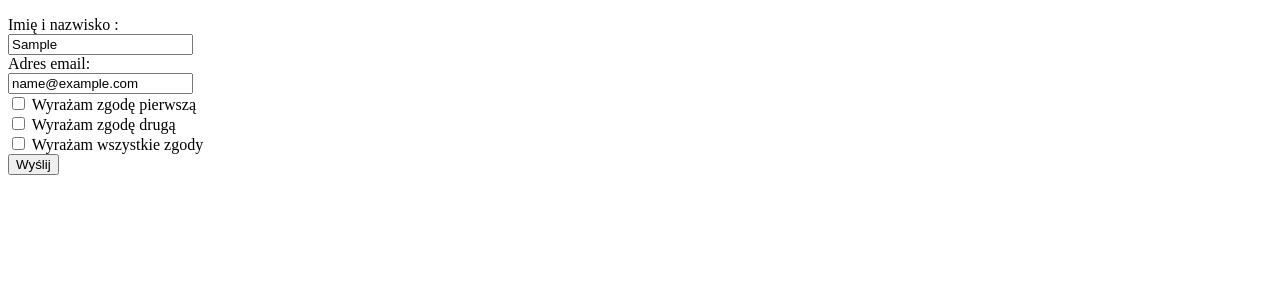
Repository: magdaf41/JavaScript
Page: JS DOM zadanie_5/index.html
The author's editor kept a copy of each file at every save. The page is drawn from the files as they stood at one save, then again after the next save.
The browser window is 1280 px wide. The pictures show the whole page.
Empty fields were first filled with sample values (such as "Sample", 5 or name@example.com).
After loading, the first visible `#newsletter-form` was submitted once.

Above is the page before, as saved 2020-09-06 17:35:22.

After the next save:
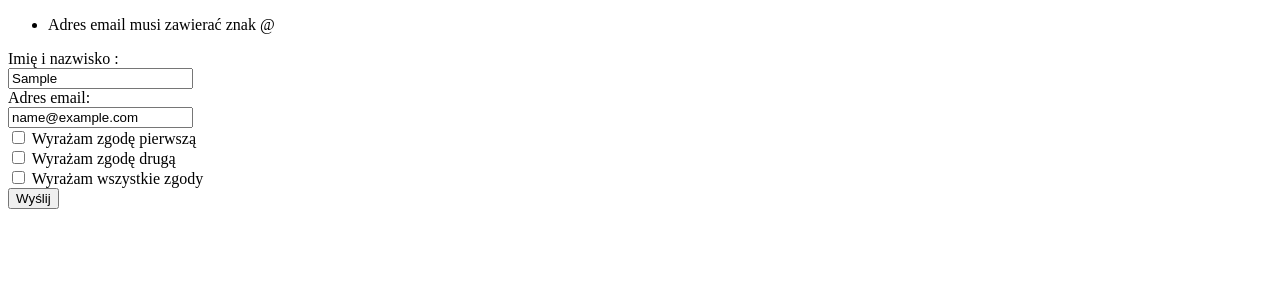
Saved 7 s later.
--- a/JS DOM zadanie_5/js/script.js
+++ b/JS DOM zadanie_5/js/script.js
@@ -18,14 +18,14 @@
         errors.appendChild(liError);
     }
 
-    if(!txtEmail.value.includes('@')) {
+    if(txtEmail.value.includes('@')) {
         let liError = document.createElement('li')
         liError.innerText = "Adres email musi zawierać znak @"
 
         errors.appendChild(liError);
     }
 
-    if(txtEmail.value.trim() === "") {
+    if(!txtEmail.value.trim() === "") {
         let liError = document.createElement('li')
         liError.innerText = "Wpisz adres email!"
 

After the save that followed:
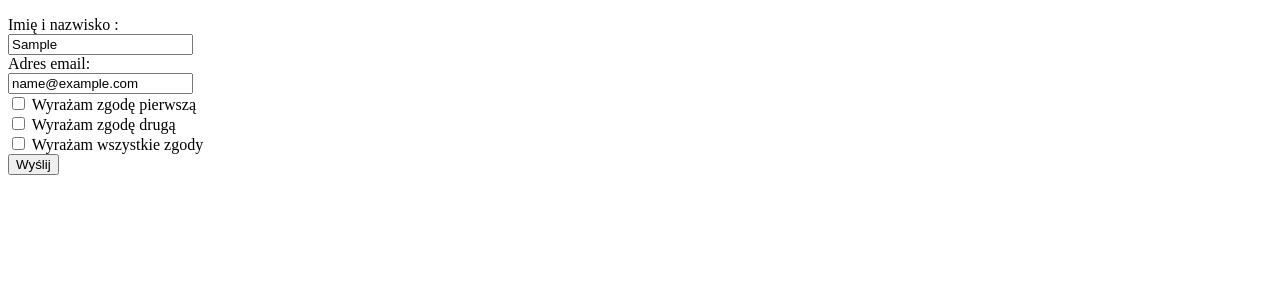
Saved 40 s later.
--- a/JS DOM zadanie_5/js/script.js
+++ b/JS DOM zadanie_5/js/script.js
@@ -18,14 +18,14 @@
         errors.appendChild(liError);
     }
 
-    if(txtEmail.value.includes('@')) {
+    if(!txtEmail.value.includes('@')) {
         let liError = document.createElement('li')
         liError.innerText = "Adres email musi zawierać znak @"
 
         errors.appendChild(liError);
     }
 
-    if(!txtEmail.value.trim() === "") {
+    if(txtEmail.value.trim() === "") {
         let liError = document.createElement('li')
         liError.innerText = "Wpisz adres email!"
 
